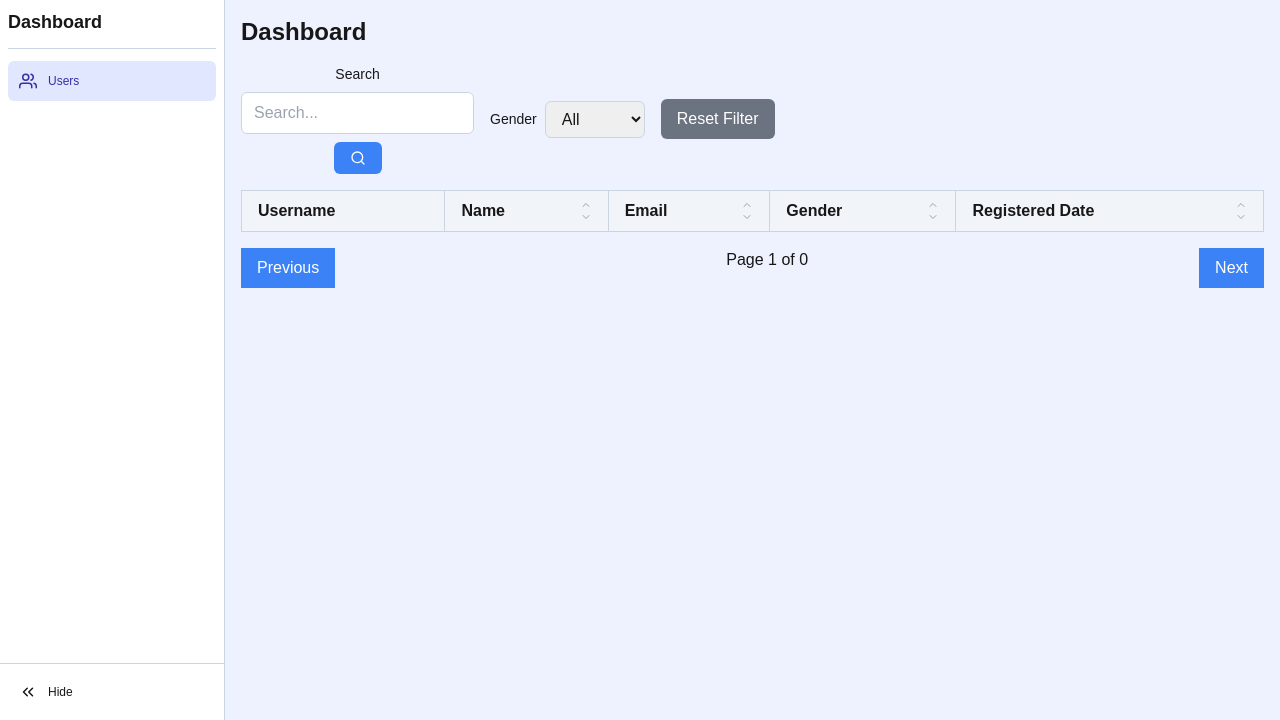
Repository: Ademaulana100499/userdashboard
Page: /
The author's editor kept a copy of each file at every save. The page is drawn from the files as they stood at one save, then again after the next save.
The browser window is 1280 px wide. The pictures show the whole page.
The page's requests for data from a server got no answer. The project was rebuilt for these pictures with package versions that can differ from the ones it lists, and the page was loaded fresh each time. The framework's server and built-in components were replaced by stand-ins that run in the browser. No one was signed in, and anything a server would have sent is missing. Also part of the build but not shown: next.config.mjs.

Above is the page before, as saved 2025-02-14 21:52:42.

### src/pages/index.js
import React from "react";
import Sidebar from "@/components/Sidebar";
import DashboardContent from "@/components/DashboardContent";
const Dashboard = () => {
  return (
    <div className="flex bg-indigo-50">
      <Sidebar />
      <DashboardContent />
    </div>
  );
};

export default Dashboard;

### src/components/Sidebar.jsx
import React, { useState } from "react";
import { FiChevronsRight, FiUsers } from "react-icons/fi";
import { motion } from "framer-motion";
const Sidebar = () => {
  const [open, setOpen] = useState(true);
  const [selected, setSelected] = useState("Users");

  return (
    <motion.nav
      layout
      className="sticky top-0 h-screen shrink-0 border-r border-slate-300 bg-white p-2"
      style={{
        width: open ? "225px" : "fit-content",
      }}>
      <TitleSection open={open} />

      <div className="space-y-1">
        <Option
          Icon={FiUsers}
          title="Users"
          selected={selected}
          setSelected={setSelected}
          open={open}
        />
      </div>

      <ToggleClose open={open} setOpen={setOpen} />
    </motion.nav>
  );
};

const Option = ({ Icon, title, selected, setSelected, open, notifs }) => {
  return (
    <motion.button
      layout
      onClick={() => setSelected(title)}
      className={`relative flex h-10 w-full items-center rounded-md transition-colors ${
        selected === title
          ? "bg-indigo-100 text-indigo-800"
          : "text-slate-500 hover:bg-slate-100"
      }`}>
      <motion.div
        layout
        className="grid h-full w-10 place-content-center text-lg">
        <Icon />
      </motion.div>
      {open && (
        <motion.span
          layout
          initial={{ opacity: 0, y: 12 }}
          animate={{ opacity: 1, y: 0 }}
          transition={{ delay: 0.125 }}
          className="text-xs font-medium">
          {title}
        </motion.span>
      )}

      {notifs && open && (
        <motion.span
          initial={{ scale: 0, opacity: 0 }}
          animate={{
            opacity: 1,
            scale: 1,
          }}
          style={{ y: "-50%" }}
          transition={{ delay: 0.5 }}
          className="absolute right-2 top-1/2 size-4 rounded bg-indigo-500 text-xs text-white">
          {notifs}
        </motion.span>
      )}
    </motion.button>
  );
};

const TitleSection = ({ open }) => {
  return (
    <div className="mb-3 border-b border-slate-300 pb-3">
      <div className="flex cursor-pointer items-center justify-between rounded-md transition-colors hover:bg-slate-100">
        <div className="flex justify-center items-center">
          {open && (
            <motion.div
              layout
              initial={{ opacity: 0, y: 12 }}
              animate={{ opacity: 1, y: 0 }}
              transition={{ delay: 0.125 }}>
              <span className="block text-lg font-semibold">Dashboard</span>
            </motion.div>
          )}
        </div>
      </div>
    </div>
  );
};

const ToggleClose = ({ open, setOpen }) => {
  return (
    <motion.button
      layout
      onClick={() => setOpen((pv) => !pv)}
      className="absolute bottom-0 left-0 right-0 border-t border-slate-300 transition-colors hover:bg-slate-100">
      <div className="flex items-center p-2">
        <motion.div
          layout
          className="grid size-10 place-content-center text-lg">
          <FiChevronsRight
            className={`transition-transform ${open && "rotate-180"}`}
          />
        </motion.div>
        {open && (
          <motion.span
            layout
            initial={{ opacity: 0, y: 12 }}
            animate={{ opacity: 1, y: 0 }}
            transition={{ delay: 0.125 }}
            className="text-xs font-medium">
            Hide
          </motion.span>
        )}
      </div>
    </motion.button>
  );
};

export default Sidebar;

### src/components/DashboardContent.jsx
import { FiChevronUp, FiChevronDown } from "react-icons/fi";
import { useState, useEffect } from "react";
import { FiSearch } from "react-icons/fi";

const DashboardContent = () => {
  const [data, setData] = useState([]);
  const [filteredData, setFilteredData] = useState([]); // For filtered data
  const [sortConfig, setSortConfig] = useState({ key: null, direction: null });
  const [selectedGender, setSelectedGender] = useState("all"); // Gender filter state
  const [searchKeyword, setSearchKeyword] = useState(""); // For search keyword
  const [currentPage, setCurrentPage] = useState(1); // Track current page
  const itemsPerPage = 5; // Number of items to display per page

  const fetchData = async () => {
    try {
      const response = await fetch(`https://randomuser.me/api/?results=10`);
      const result = await response.json();
      setData(result.results);
      setFilteredData(result.results); // Initialize filteredData with all data
    } catch (error) {
      console.error("Error fetching data:", error);
    }
  };

  useEffect(() => {
    fetchData();
  }, []);

  const handleSort = (key) => {
    let direction = "asc";
    if (sortConfig.key === key && sortConfig.direction === "asc") {
      direction = "desc";
    }
    setSortConfig({ key, direction });

    setFilteredData((prevData) =>
      [...prevData].sort((a, b) => {
        const valueA = getNestedValue(a, key);
        const valueB = getNestedValue(b, key);

        if (valueA < valueB) return direction === "asc" ? -1 : 1;
        if (valueA > valueB) return direction === "asc" ? 1 : -1;
        return 0;
      })
    );
  };

  const handleSearch = () => {
    // Filter data based on searchKeyword only when the search button is clicked
    const filtered = data.filter((user) =>
      `${user.name.first} ${user.name.last}`
        .toLowerCase()
        .includes(searchKeyword.toLowerCase())
    );
    setFilteredData(filtered);
  };

  const handleGenderFilter = (gender) => {
    setSelectedGender(gender);
    if (gender === "all") {
      setFilteredData(data); // Show all data if "All" is selected
    } else {
      const filtered = data.filter((user) => user.gender === gender);
      setFilteredData(filtered); // Filter based on selected gender
    }
  };

  const handleResetFilter = () => {
    // Reset filters
    setSelectedGender("all");
    setSearchKeyword("");
    setFilteredData(data); // Reset filtered data to the original
  };

  const getNestedValue = (obj, path) => {
    return path
      .split(".")
      .reduce((acc, key) => (acc && acc[key] ? acc[key] : ""), obj);
  };

  const getSortIconStyle = (key) => {
    return sortConfig.key === key ? "text-black" : "text-gray-400";
  };

  // Paginate the filtered data based on the current page
  const paginateData = (data) => {
    const indexOfLastItem = currentPage * itemsPerPage;
    const indexOfFirstItem = indexOfLastItem - itemsPerPage;
    return data.slice(indexOfFirstItem, indexOfLastItem);
  };

  // Handle page change
  const handlePageChange = (page) => {
    setCurrentPage(page);
  };

  // Calculate total pages based on filtered data
  const totalPages = Math.ceil(filteredData.length / itemsPerPage);

  return (
    <div className="flex-1 p-4">
      <h1 className="text-2xl font-semibold mb-4">Dashboard</h1>
      <div className="flex gap-4 items-center mb-4">
        {/* Search */}
        <div className="flex flex-col items-center gap-2">
          <label htmlFor="search" className="text-sm">
            Search
          </label>
          <input
            type="text"
            id="search"
            value={searchKeyword}
            onChange={(e) => setSearchKeyword(e.target.value)} // Update search keyword
            placeholder="Search..."
            className="border border-slate-300 rounded-md px-3 py-2"
          />
          <button
            type="button"
            onClick={handleSearch}
            className="bg-blue-500 text-white px-4 py-2 rounded-md hover:bg-blue-600">
            <FiSearch />
          </button>
        </div>

        {/* Gender Filter */}
        <div className="flex items-center gap-2">
          <label htmlFor="gender" className="text-sm">
            Gender
          </label>
          <select
            name="gender"
            id="gender"
            value={selectedGender}
            onChange={(e) => handleGenderFilter(e.target.value)} // Update gender filter
            className="border border-slate-300 rounded-md px-3 py-2">
            <option value="all">All</option>
            <option value="male">Male</option>
            <option value="female">Female</option>
          </select>
        </div>

        {/* Reset Filter Button */}
        <div className="flex items-center">
          <button
            type="button"
            onClick={handleResetFilter}
            className="bg-gray-500 text-white px-4 py-2 rounded-md hover:bg-gray-600 mt-2 md:mt-0">
            Reset Filter
          </button>
        </div>
      </div>

      <table className="min-w-full table-auto border-collapse border border-slate-300 mt-4">
        <thead>
          <tr className="bg-slate-100">
            <th className="border border-slate-300 px-4 py-2 text-left">
              Username
            </th>
            <th className="border border-slate-300 px-4 py-2 text-left">
              <div className="flex justify-between items-center">
                <span>Name</span>
                <div className="flex flex-col items-center">
                  <FiChevronUp
                    onClick={() => handleSort("name.first")}
                    className={`text-xs cursor-pointer ${getSortIconStyle(
                      "name.first"
                    )}`}
                  />
                  <FiChevronDown
                    onClick={() => handleSort("name.first")}
                    className={`text-xs cursor-pointer ${getSortIconStyle(
                      "name.first"
                    )}`}
                  />
                </div>
              </div>
            </th>
            <th className="border border-slate-300 px-4 py-2 text-left">
              <div className="flex justify-between items-center">
                <span>Email</span>
                <div className="flex flex-col items-center">
                  <FiChevronUp
                    onClick={() => handleSort("email")}
                    className={`text-xs cursor-pointer ${getSortIconStyle(
                      "email"
                    )}`}
                  />
                  <FiChevronDown
                    onClick={() => handleSort("email")}
                    className={`text-xs cursor-pointer ${getSortIconStyle(
                      "email"
                    )}`}
                  />
                </div>
              </div>
            </th>
            <th className="border border-slate-300 px-4 py-2 text-left">
              <div className="flex justify-between items-center">
                <span>Gender</span>
                <div className="flex flex-col items-center">
                  <FiChevronUp
                    onClick={() => handleSort("gender")}
                    className={`text-xs cursor-pointer ${getSortIconStyle(
                      "gender"
                    )}`}
                  />
                  <FiChevronDown
                    onClick={() => handleSort("gender")}
                    className={`text-xs cursor-pointer ${getSortIconStyle(
                      "gender"
                    )}`}
                  />
                </div>
              </div>
            </th>
            <th className="border border-slate-300 px-4 py-2 text-left">
              <div className="flex justify-between items-center">
                <span>Registered Date</span>
                <div className="flex flex-col items-center">
                  <FiChevronUp
                    onClick={() => handleSort("registered.date")}
                    className={`text-xs cursor-pointer ${getSortIconStyle(
                      "registered.date"
                    )}`}
                  />
                  <FiChevronDown
                    onClick={() => handleSort("registered.date")}
                    className={`text-xs cursor-pointer ${getSortIconStyle(
                      "registered.date"
                    )}`}
                  />
                </div>
              </div>
            </th>
          </tr>
        </thead>
        <tbody>
          {paginateData(filteredData).map((user, index) => (
            <tr key={index} className="hover:bg-slate-50">
              <td className="border border-slate-300 px-4 py-2">
                {user.login.username}
              </td>
              <td className="border border-slate-300 px-4 py-2">
                {user.name.title} {user.name.first} {user.name.last}
              </td>
              <td className="border border-slate-300 px-4 py-2">
                {user.email}
              </td>
              <td className="border border-slate-300 px-4 py-2">
                {user.gender}
              </td>
              <td className="border border-slate-300 px-4 py-2">
                {new Date(user.registered.date)
                  .toLocaleString("id-ID", {
                    day: "2-digit",
                    month: "2-digit",
                    year: "numeric",
                    hour: "2-digit",
                    minute: "2-digit",
                  })
                  .replace(",", "")
                  .replace("/", "-")
                  .replace("/", "-")
                  .replace(".", ":")}
              </td>
            </tr>
          ))}
        </tbody>
      </table>

      {/* Pagination controls */}
      <div className="flex justify-between mt-4">
        <button
          onClick={() => handlePageChange(currentPage - 1)}
          disabled={currentPage === 1}
          className="px-4 py-2 bg-blue-500 text-white">
          Previous
        </button>
        <span>
          Page {currentPage} of {totalPages}
        </span>
        <button
          onClick={() => handlePageChange(currentPage + 1)}
          disabled={currentPage === totalPages}
          className="px-4 py-2 bg-blue-500 text-white">
          Next
        </button>
      </div>
    </div>
  );
};

export default DashboardContent;

Loaded but not shown: src/pages/_app.js (common file); src/pages/_document.js (common file); src/styles/globals.css (common file); tailwind.config.mjs (common file)

After the next save:
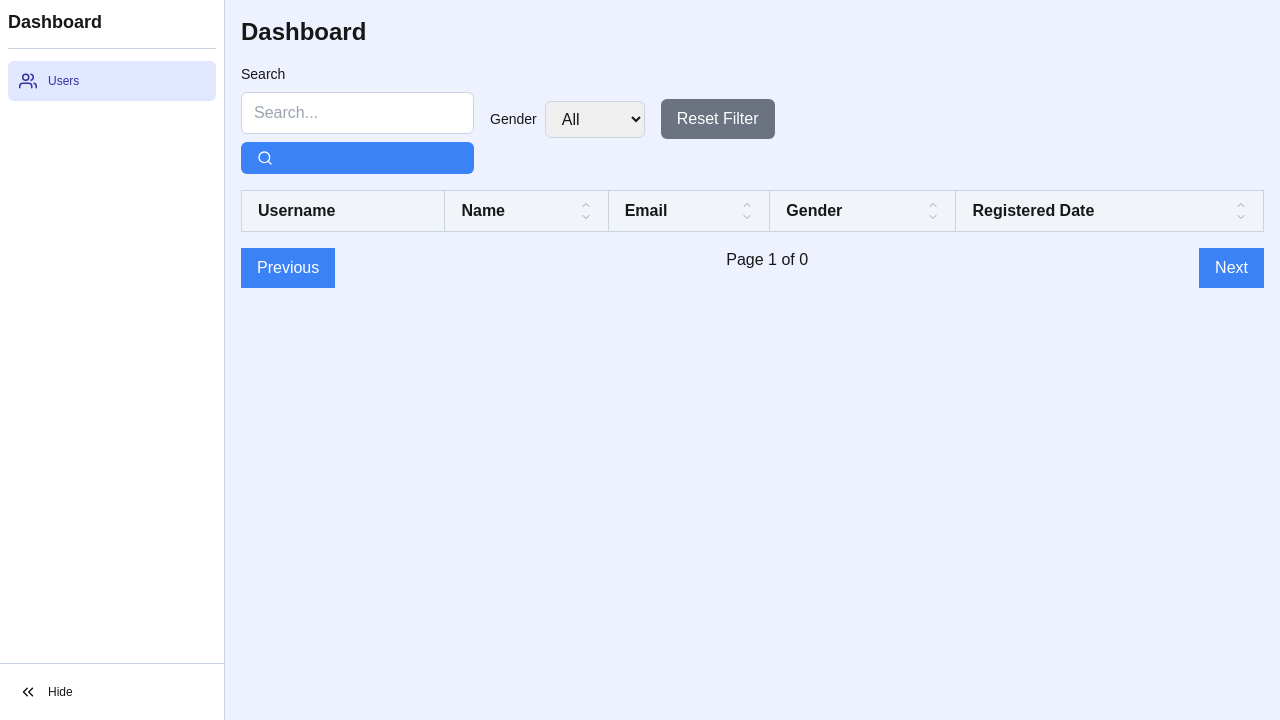
Saved 11 s later.
--- a/src/components/DashboardContent.jsx
+++ b/src/components/DashboardContent.jsx
@@ -102,7 +102,7 @@ const DashboardContent = () => {
       <h1 className="text-2xl font-semibold mb-4">Dashboard</h1>
       <div className="flex gap-4 items-center mb-4">
         {/* Search */}
-        <div className="flex flex-col items-center gap-2">
+        <div className="flex flex-col  gap-2">
           <label htmlFor="search" className="text-sm">
             Search
           </label>
